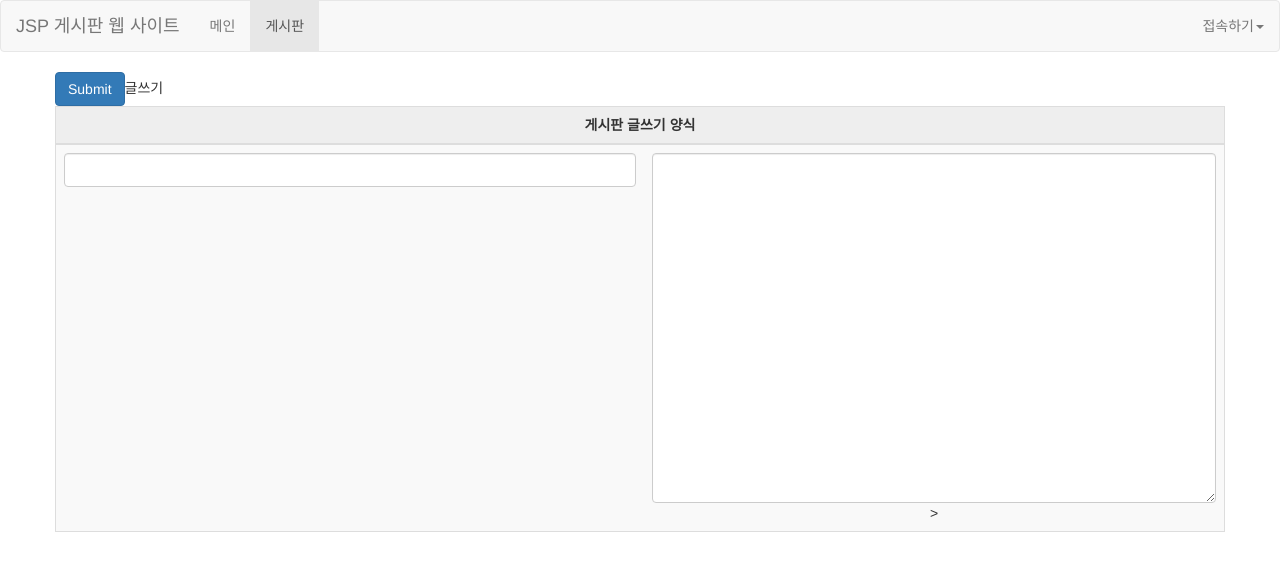
Repository: flown222/JSP_BasicWebsite_Project
Page: http://localhost/BBS/write.jsp
An editor plug-in stored every save of this project. The page is shown before and after the next save, followed by the edit.
The browser window is 1280 px wide. The pictures show the whole page.
The page is served by Tomcat 9. Other server files are loaded and not shown.

Above is the page before, as saved 2022-08-21 07:24:06.

### projects /BBS/src/main/webapp/write.jsp
<%@ page language="java" contentType="text/html; charset=UTF-8"
    pageEncoding="UTF-8"%>
<%@ page import="java.io.PrintWriter"%>
<!DOCTYPE html>
<html>
<head>
<meta http-equiv="Content-Type" content="text/html; charset=UTF-8">
<meta name="viewport" content="width=device-width" , initial-scale="1">
<link rel="stylesheet" href="css/bootstrap.css">

<title>JSP 로그인 웹 사이트</title>
</head>
<body>
	<%
		String userID = null;
		if(session.getAttribute("userID") != null){
			userID = (String) session.getAttribute("userID");
		}
	%>
	<nav class="navbar navbar-default ">
		<div class="navbar-header">
			<button type="button" class="navbar-toggle collapsed"
			data-toggle="collapse" data-target="#bs-example-navbar-collapse-1"
			aria-expanded="false">
				<span class="icon-bar"></span>
				<span class="icon-bar"></span>
				<span class="icon-bar"></span>
			</button>

			<a class="navbar-brand" href="main.jsp">JSP 게시판 웹 사이트</a>
		</div>
       <div class="collapse navbar-collapse" id="bs-example-navbar-collapse-1"
       				aria-expanded="false">
           <ul class="nav navbar-nav">
                   <li><a href="main.jsp">메인</a></li>
                   <li class="active"><a href="bbs.jsp">게시판</a></li>
           </ul>
           <%
           		if(userID == null){ //로그인 또는 회원가입을 통해 접속을 하지 않을 상태일때.
           %>
			<ul class="nav navbar-nav navbar-right">
				<li class="dropdown">
					<a href="#" class="dropdown-toggle"
                     data-toggle="dropdown" role="button" aria-haspopup="true"
                     aria-expanded="false">접속하기<span class="caret"></span></a>
                     <ul class="dropdown-menu">
                     	<li><a href="login.jsp">로그인</a></li>
                     	<li><a href="join.jsp">회원가입</a></li>
                     </ul>
				</li>
			</ul>
			<%
           		} else{//로그인 또는 회원가입을 통해 접속을 했을때.
           	%>
           	<ul class="nav navbar-nav navbar-right">
				<li class="dropdown">
					<a href="#" class="dropdown-toggle"
                     data-toggle="dropdown" role="button" aria-haspopup="true"
                     aria-expanded="false">회원관리<span class="caret"></span></a>
                     <ul class="dropdown-menu">
                     	<li><a href="logoutAction.jsp">로그아웃</a></li>
                     </ul>
				</li>
			</ul>
           	<%
           		}
            %>

		</div>
	</nav>
	<div class="container">
		<div class="row">
			<table class="table table-striped" style="text-align : center; border: 1px solid #dddddd">
				<thead>
					<tr>
						<th colspan="2" style="background-color: #eeeeee; text-align: center;">게시판 글쓰기 양식</th>
					</tr>
				</thead>
				<tbody>
					<tr>
						<td><input type="text" class="form-control" placeholer="글 제목을 입력하세요."
						name="bbsTitle" maxlength="50"></td>
						<td><textarea type="text" class="form-control" placeholer="글 내용을 입력하세요."
						name="bbsContent" maxlength="2048" style= "height: 350px; "></textarea>></td>
					</tr>
				</tbody>
				<input type="submit" href= "write.jsp" class="btn btn-primary pull-center">글쓰기</a>
			</table>

		</div>
	</div>
	<script src="https://code.jquery.com/jquery-3.3.1.min.js"></script>
	<script src="js/bootstrap.js"></script>
</body>
</html>

Loaded but not shown: projects /BBS/src/main/webapp/css/bootstrap.css (library); projects /BBS/src/main/webapp/js/bootstrap.js (library)

After the next save:
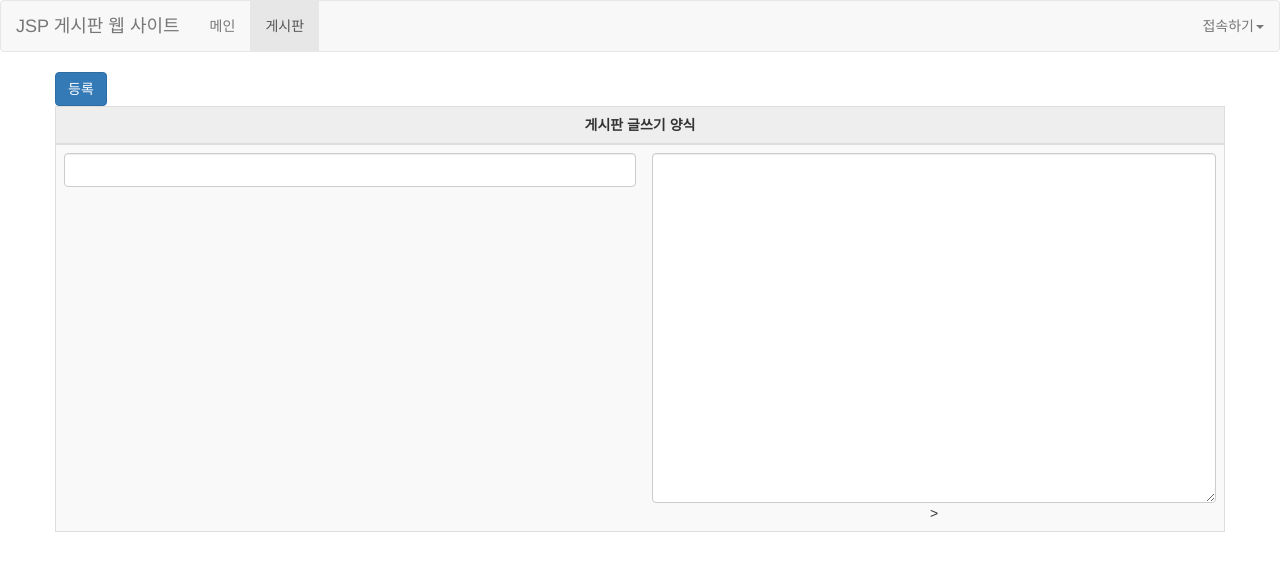
Saved 43 s later.
--- a/projects /BBS/src/main/webapp/write.jsp
+++ b/projects /BBS/src/main/webapp/write.jsp
@@ -84,7 +84,7 @@
 						name="bbsContent" maxlength="2048" style= "height: 350px; "></textarea>></td>
 					</tr>
 				</tbody>
-				<input type="submit" href= "write.jsp" class="btn btn-primary pull-center">글쓰기</a>
+				<input type="submit" class="btn btn-primary pull-center" value = "등록">
 			</table>
 
 		</div>
